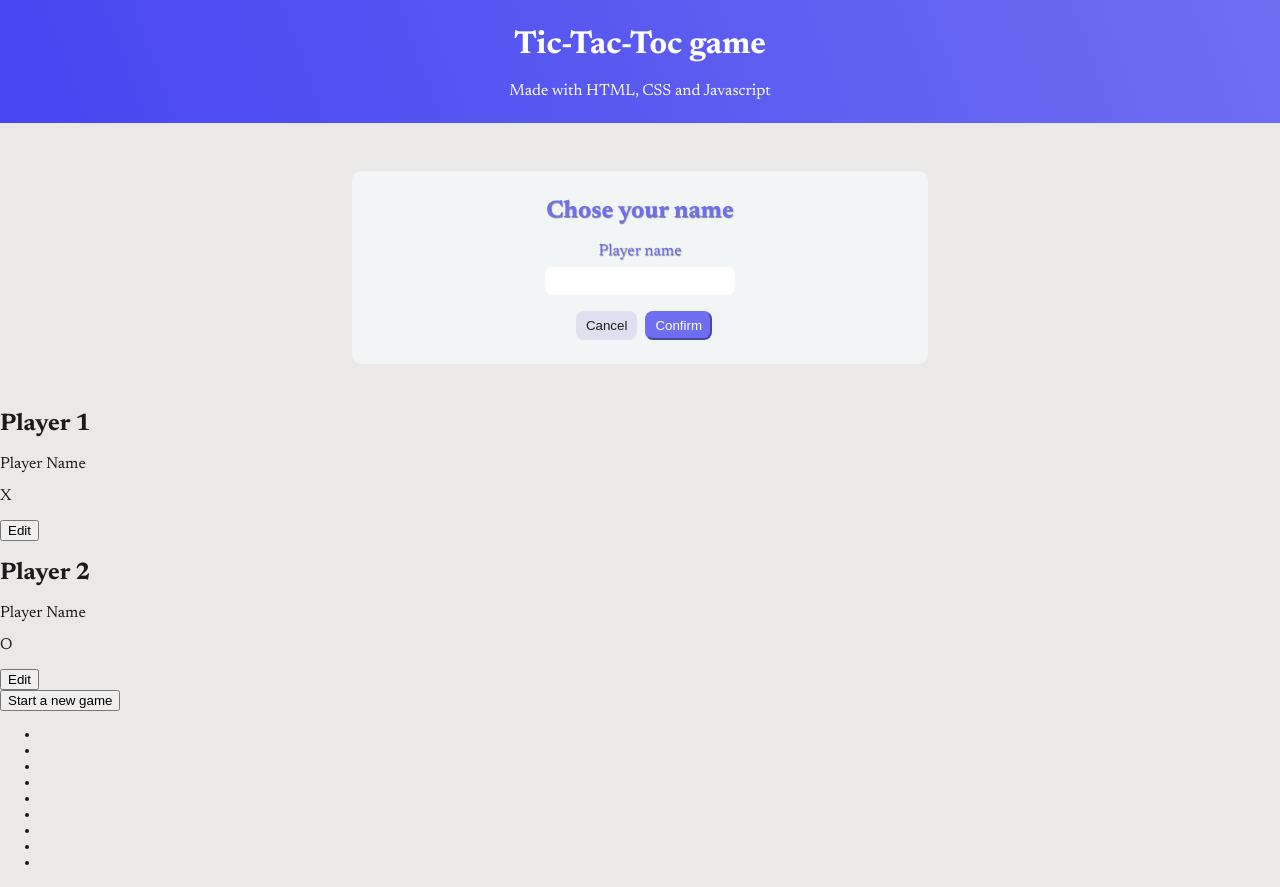
Repository: MicTomm/Tic-tac-toe-game
Page: index.html
The author's editor kept a copy of each file at every save. The page is drawn from the files as they stood at one save, then again after the next save.
The browser window is 1280 px wide. The pictures show the whole page.
The pointer rests on the first visible `form input`.

Above is the page before, as saved 2023-06-23 00:16:51.
Not found: js-code

After the next save:
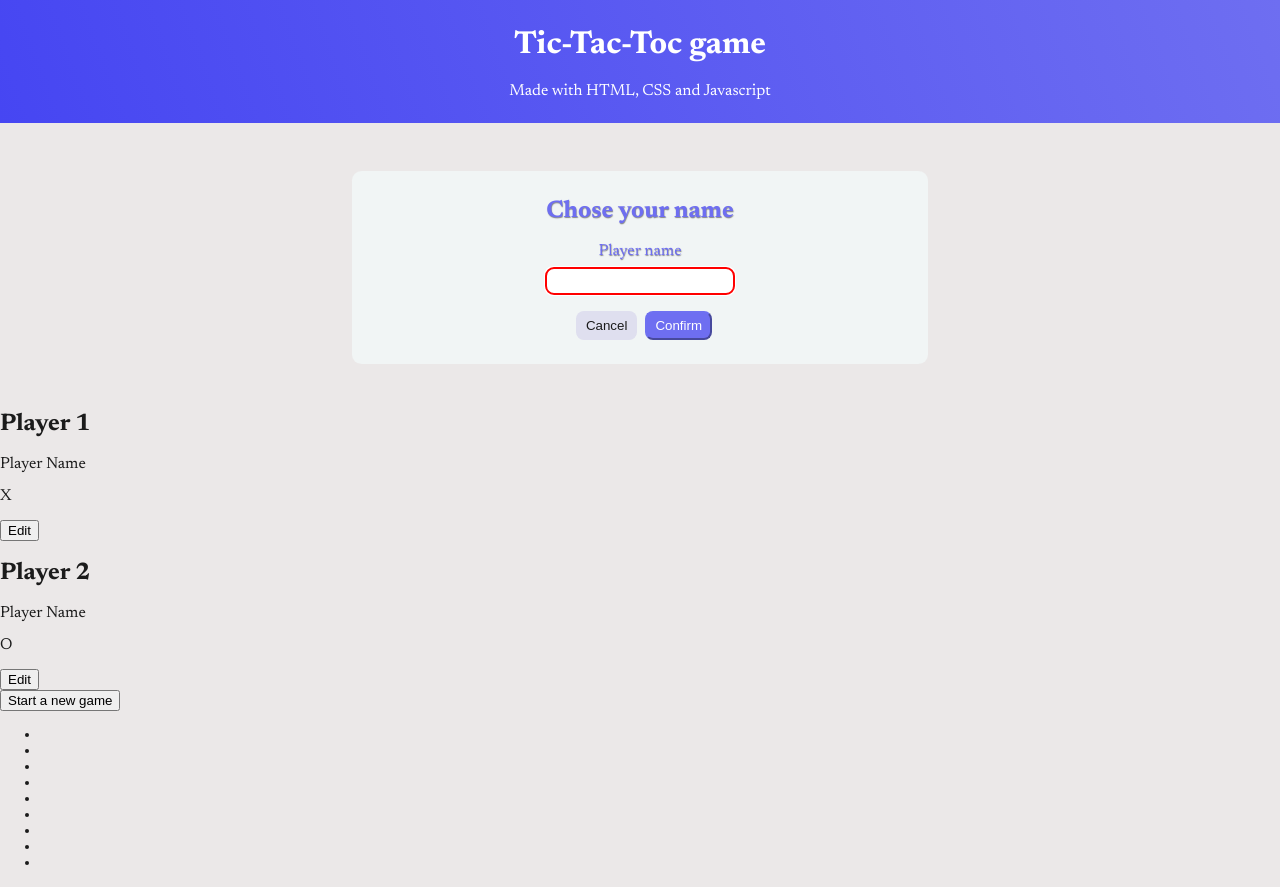
Saved 21 s later.
--- a/styles.css
+++ b/styles.css
@@ -70,7 +70,7 @@ form input{
 }
 
 form input:hover, form input:focus {
-    outline: red auto auto;
+    outline: red auto 1px;
 }
 
 form #aside-buttons-container{
